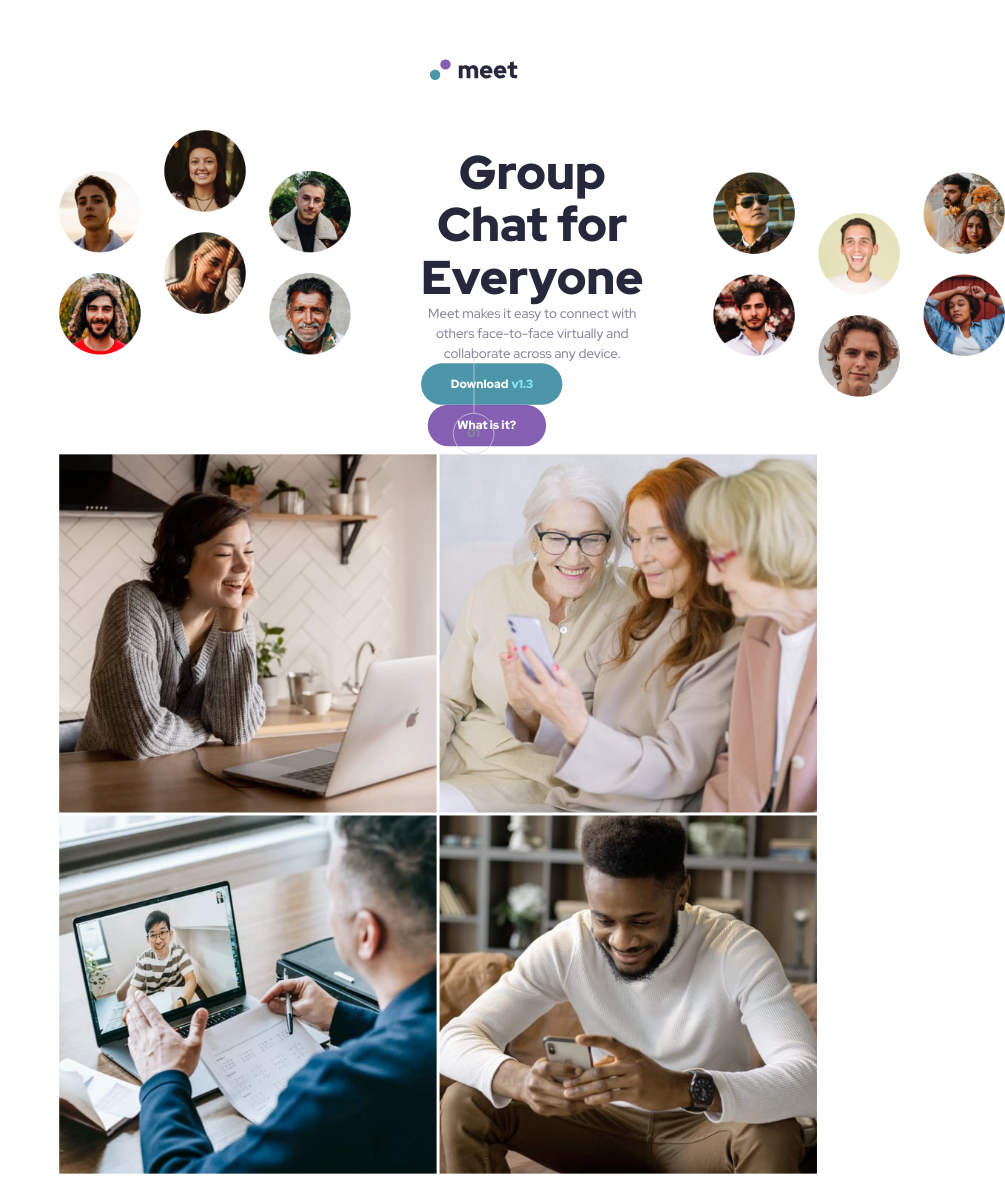
Repository: brandontaylor1/meet-landing-page
Page: index.html
An editor plug-in stored every save of this project. The page is shown before and after the next save, followed by the edit.
The browser window is 1280 px wide. The page is 1358 px wide, so the pictures cover 1358 px, including what lies to the right of the window. The pictures show the whole page, at 74% of full size.

Above is the page before, as saved 2025-01-11 20:48:09.

After the next save:
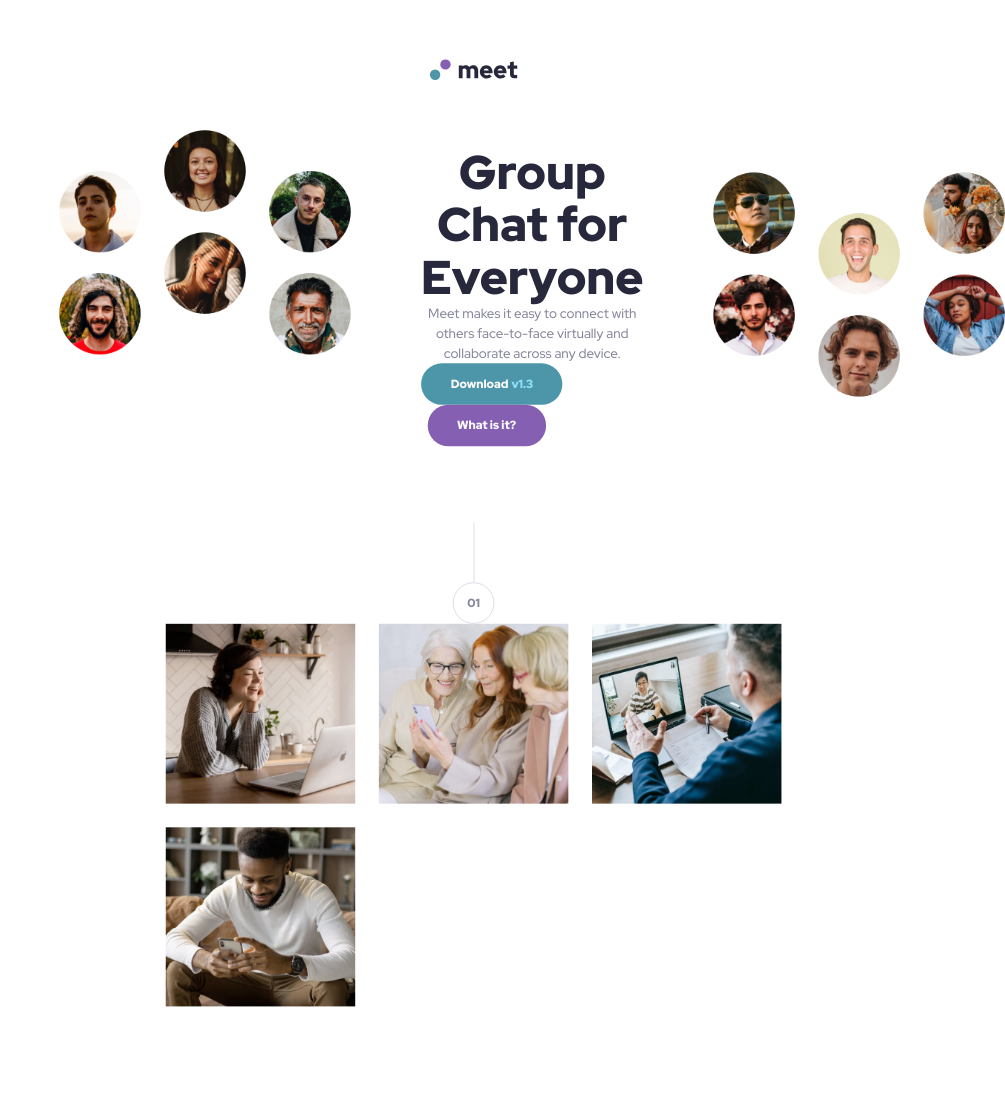
Saved 60 s later.
--- a/styles.css
+++ b/styles.css
@@ -152,14 +152,14 @@
     line-height: 150%;
 }
 
-.img-container {
+.image-container {
     display: grid;
     grid-template-columns: repeat(3, 1fr);
     gap: 32px;
 
 }
 
-.img-container img {
+.image-container img {
     width: 256px;
     height: auto;
 }
